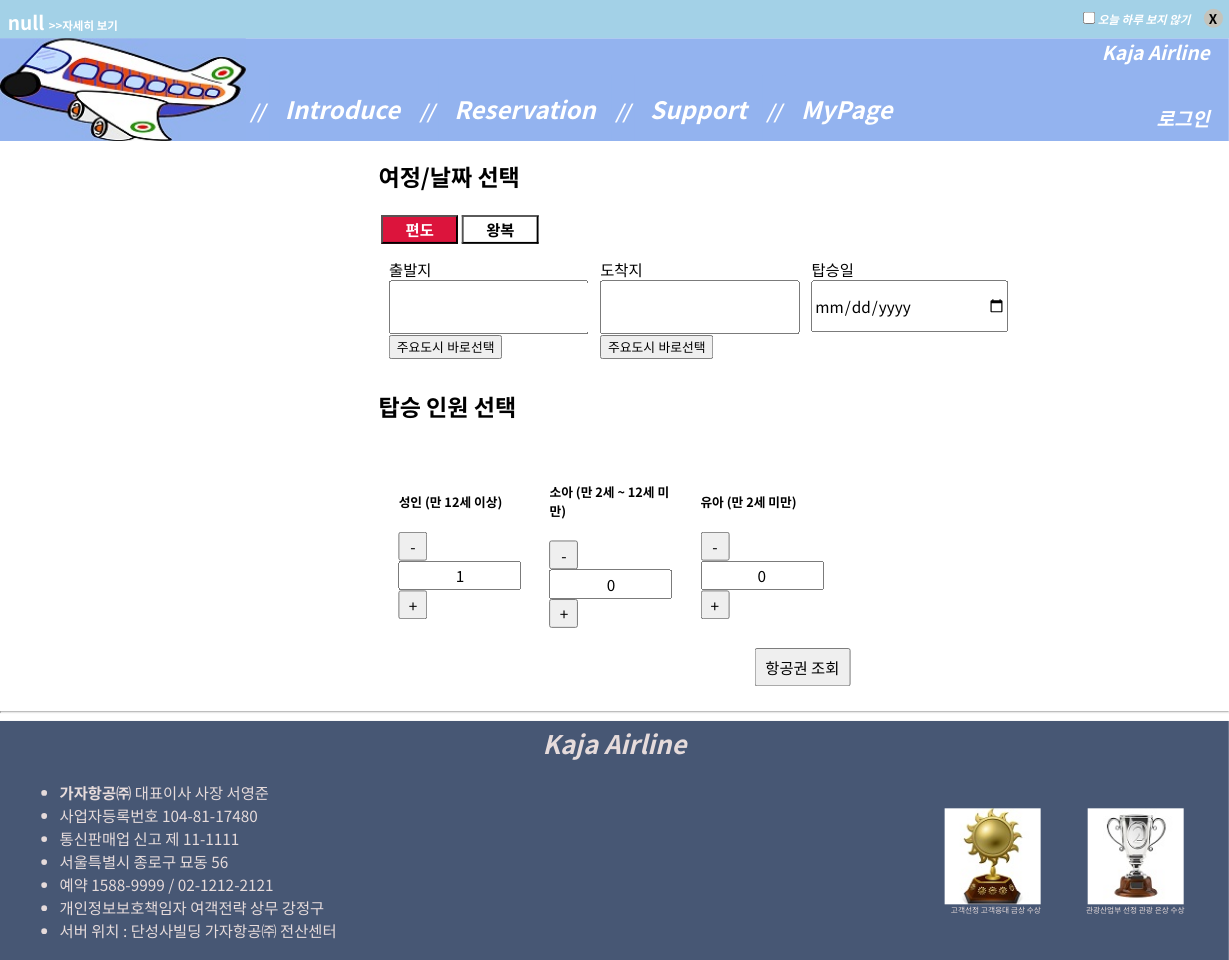
Repository: geekhaam/kaja_airline
Page: http://localhost/KajaAirline/reservation/reservation_main.jsp
An editor plug-in stored every save of this project. The page is shown before and after the next save, followed by the edit.
The browser window is 1280 px wide. The pictures show the whole page, at 96% of full size.
Some web libraries are served in a nearby version. The page is served by Tomcat 9. Queries for data that is not in the repository find no rows.

Above is the page before, as saved 2020-07-17 08:50:01.
Console error: TypeError: $(...).autocomplete is not a function

After the next save:
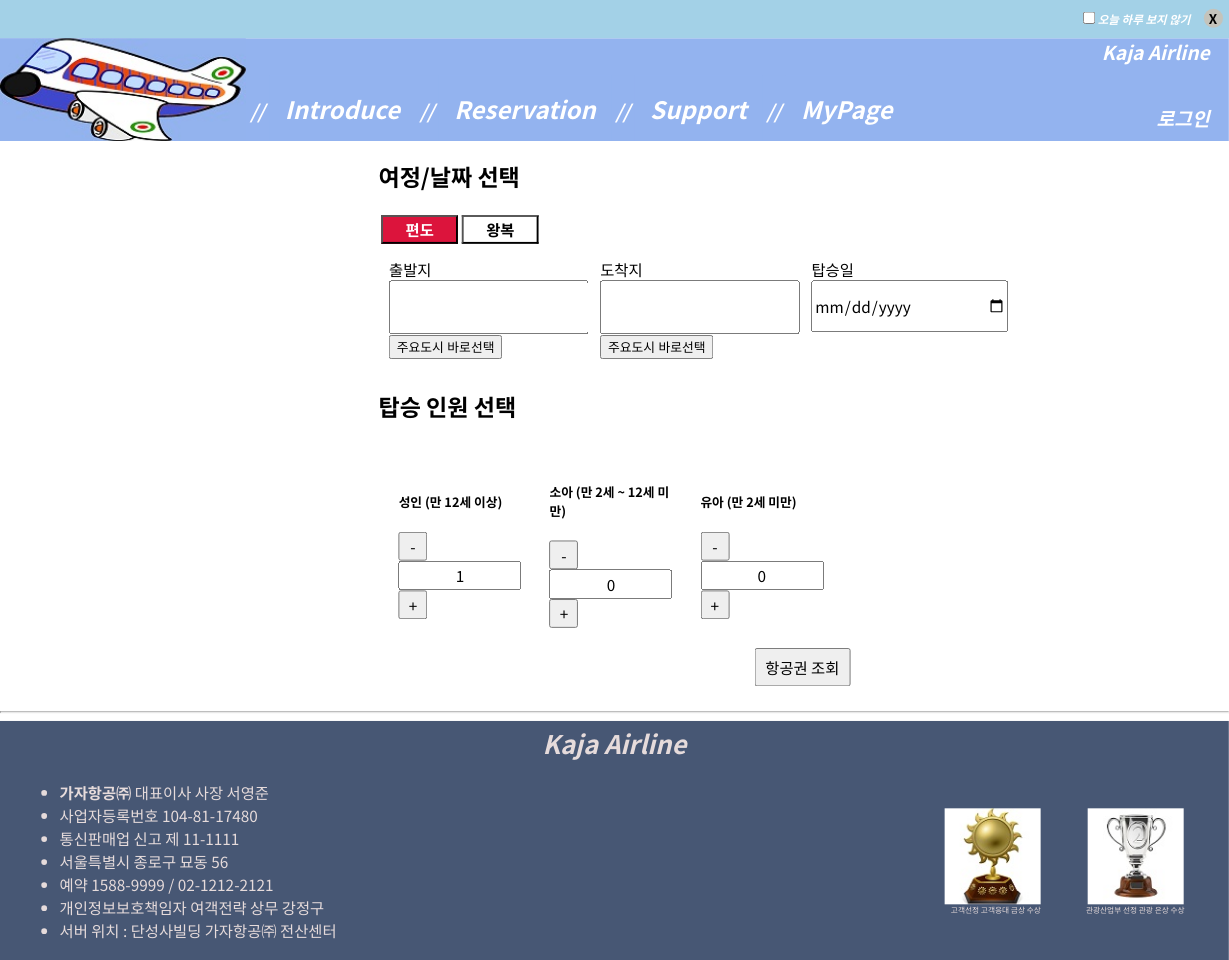
Saved 12 s later.
--- a/workspace/KajaAirline/WebContent/reservation/reservation_main.jsp
+++ b/workspace/KajaAirline/WebContent/reservation/reservation_main.jsp
@@ -94,7 +94,7 @@
 			$("#onewayTrip").css("background-color", "white")
 			$("#onewayTrip").css("color", "black")
 		});
-		showSlides();
+		//showSlides();
 	});
 </script>
 

After the save that followed:
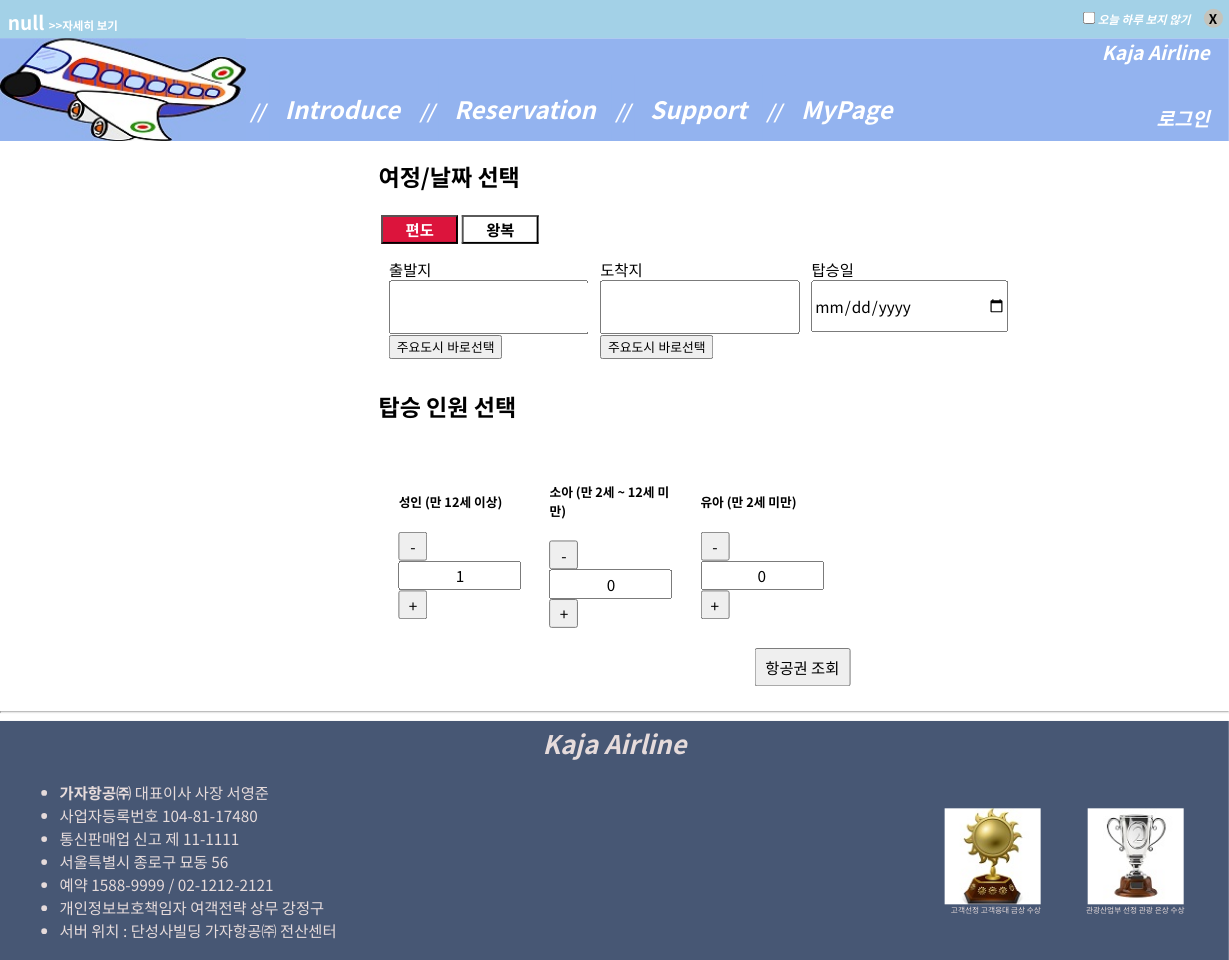
Saved 16 s later.
--- a/workspace/KajaAirline/WebContent/reservation/reservation_main.jsp
+++ b/workspace/KajaAirline/WebContent/reservation/reservation_main.jsp
@@ -94,7 +94,7 @@
 			$("#onewayTrip").css("background-color", "white")
 			$("#onewayTrip").css("color", "black")
 		});
-		//showSlides();
+		showSlides();
 	});
 </script>
 
